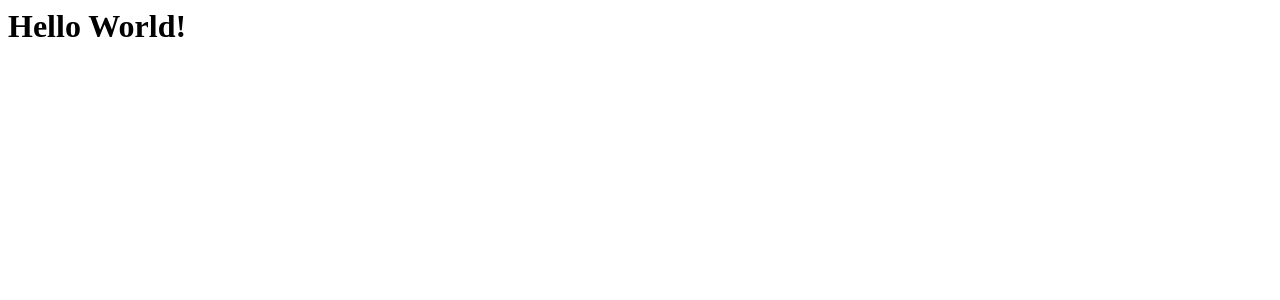
Repository: tomo0425/git_tutorial
Page: index.html
The author's editor kept a record of every edit. The page is drawn from the files as they stood at one moment, then again after the next edit.
The browser window is 1280 px wide. The pictures show the whole page.

Above is the page before.

### index.html
<DOCTYPE html>
<html>
<head>
    <meta charset="utf-8"/>
</head>
<body>
    <h1>Hello World!</h1>
</body>
</html>
</DOCTYPE>

After the next edit:
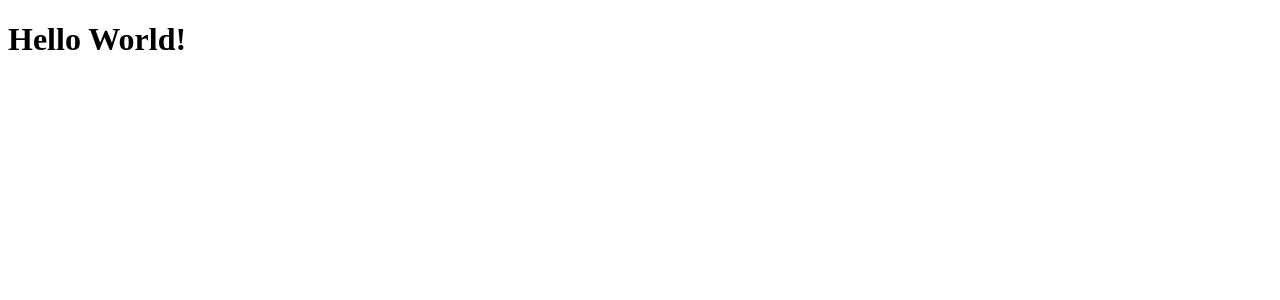
The edit:
--- a/index.html
+++ b/index.html
@@ -1,4 +1,4 @@
-<DOCTYPE html>
+<!DOCTYPE html>
 <html>
 <head>
     <meta charset="utf-8"/>
